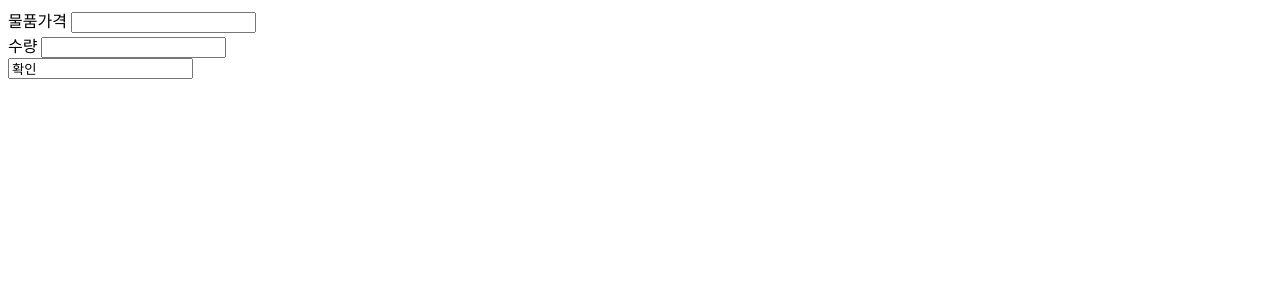
Repository: windy9109/FrontendClass
Page: webpro/src/main/webapp/0225/inputData.html
The author's editor kept a copy of each file at every save. The page is drawn from the files as they stood at one save, then again after the next save.
The browser window is 1280 px wide. The pictures show the whole page.

Above is the page before, as saved 2022-02-25 08:05:01.

After the next save:
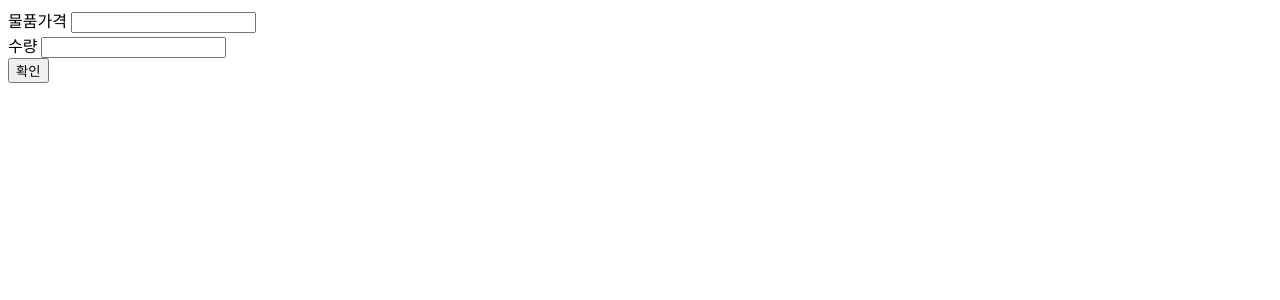
Saved 16 s later.
--- a/webpro/src/main/webapp/0225/inputData.html
+++ b/webpro/src/main/webapp/0225/inputData.html
@@ -14,7 +14,7 @@
 	<label>수량</label>
 		<input type="text" name="qty" id="qty">
 	<br>
-	<input type="botton" value="확인" onclick="alert('10000원입니다.')" >
+	<input type="button" value="확인" onclick="alert('10000원입니다.')" >
 	</form>
 
 </body>
